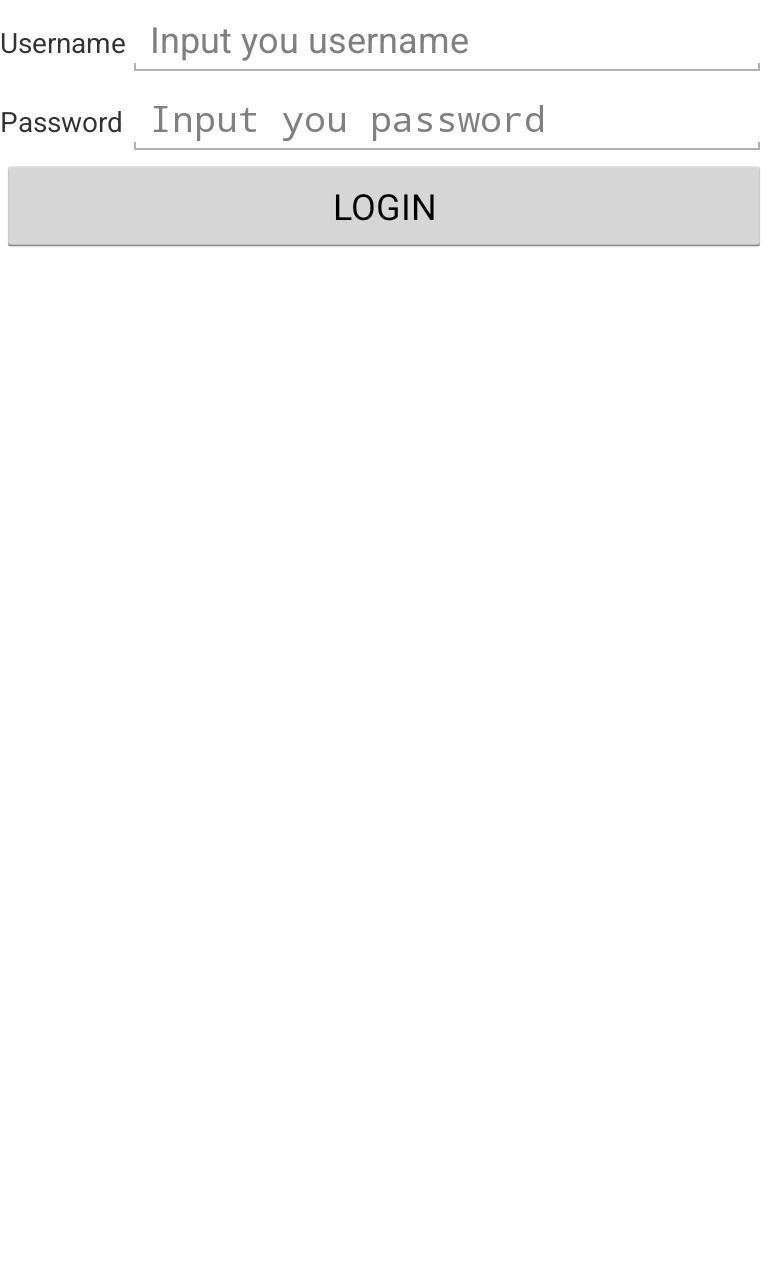
Repository: HantaoShu/android_learning
Layout: BroadcastBestPractice/res/layout/login.xml
These files come from the project's save history. The layout is drawn as it stood at one moment and after the next save; the edit follows.
It is drawn on a 768 x 1280 px phone screen (xhdpi) without system bars, with theme AppTheme; the app's code is not run.

Above is the layout before, as saved 2016-02-14 09:33:42.

After the next save:
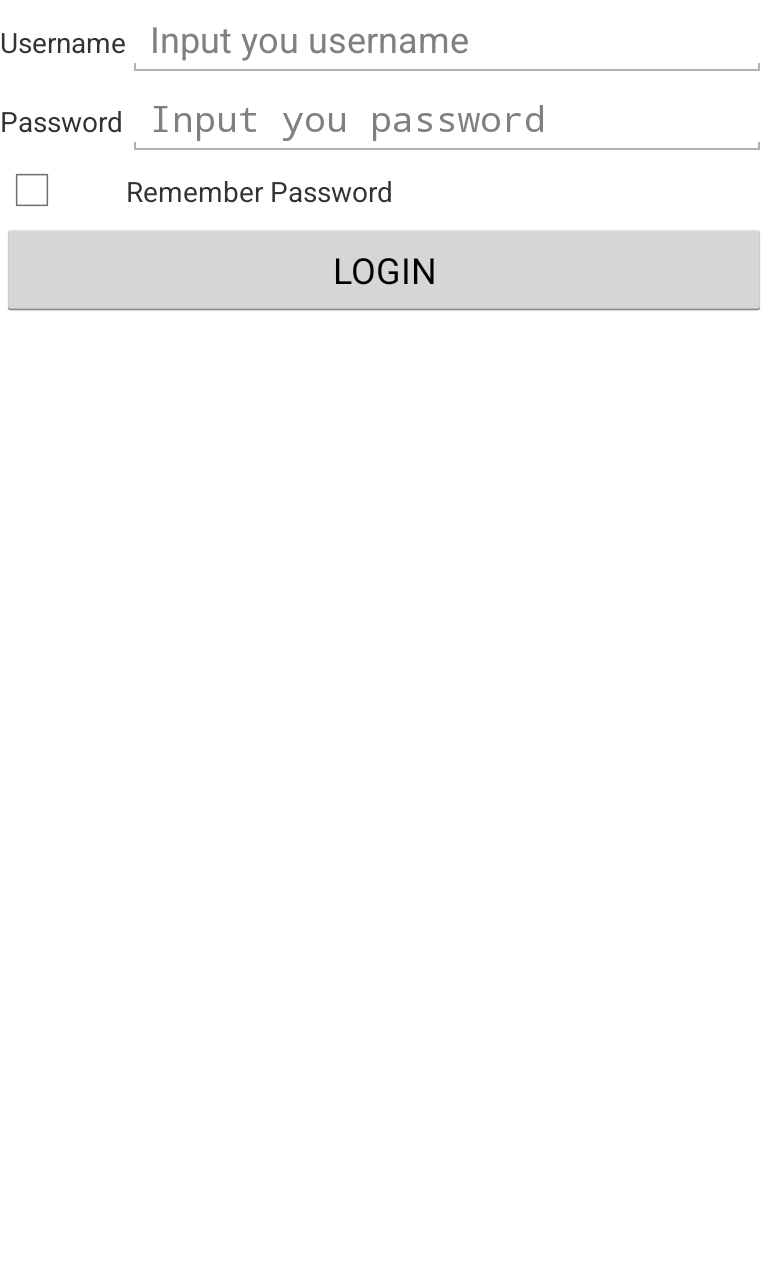
Saved 23 h 1 min later.
--- a/BroadcastBestPractice/res/layout/login.xml
+++ b/BroadcastBestPractice/res/layout/login.xml
@@ -26,6 +26,15 @@
     	    android:inputType="textPassword"/>
 	</TableRow>
 	<TableRow >
+	    <CheckBox
+	        android:id="@+id/remember"
+	        android:layout_height="wrap_content"/>
+	    <TextView
+	        android:layout_height="wrap_content"
+	        android:id="@+id/remember_text"
+	        android:text="Remember Password"/>
+	</TableRow>
+	<TableRow >
 	    <Button
 	        android:id="@+id/login_button"
 	        android:layout_height="wrap_content"
